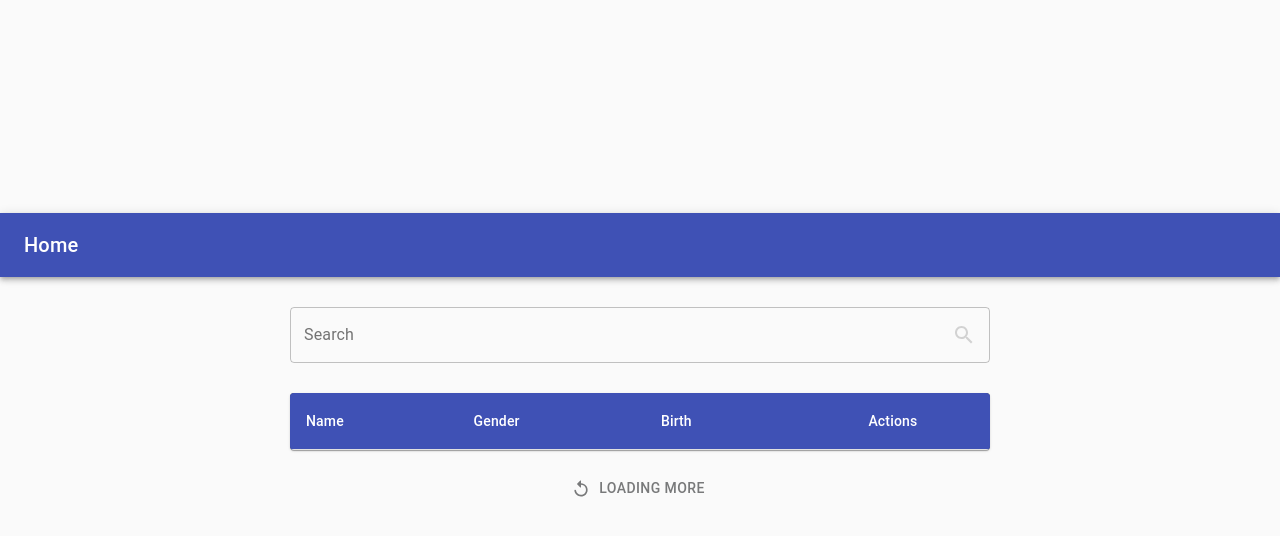
Repository: GabrielBrandaoProjetos/patient-manager
Page: /
An editor plug-in stored every save of this project. The page is shown before and after the next save, followed by the edit.
The browser window is 1280 px wide. The pictures show the whole page.
The page's requests for data from a server got no answer. The project was rebuilt for these pictures with package versions that can differ from the ones it lists, and the page was loaded fresh each time. No one was signed in, and anything a server would have sent is missing.

Above is the page before, as saved 2021-09-14 18:42:33.

After the next save:
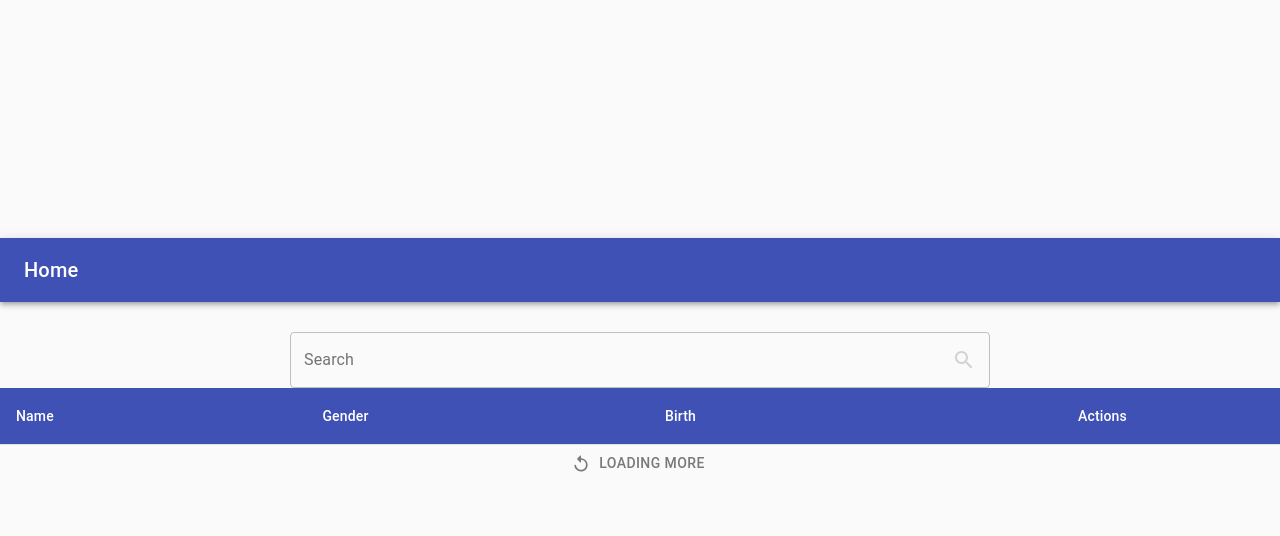
Saved 21 s later.
--- a/src/pages/Home/Home.tsx
+++ b/src/pages/Home/Home.tsx
@@ -93,7 +93,7 @@
         />
       </FormControl>
 
-      <TableContainer component={Paper} className={classes.tableContainer}>
+      {/* <TableContainer component={Paper} className={classes.tableContainer}> */}
         <Table aria-label="simple table">
           <TableHead>
             <TableRow className={classes.row}>
@@ -117,7 +117,7 @@
 
           </TableBody>
         </Table>
-      </TableContainer>
+      {/* </TableContainer> */}
 
       <Button
         className={classes.buttonLoading}

After the save that followed:
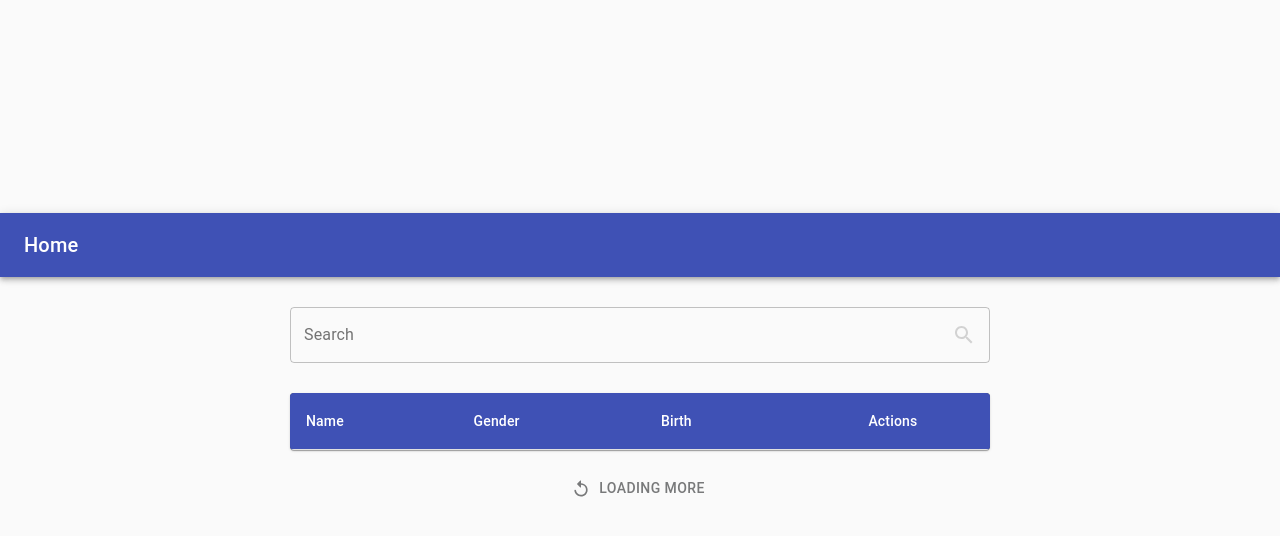
Saved 32 s later.
--- a/src/pages/Home/Home.tsx
+++ b/src/pages/Home/Home.tsx
@@ -93,7 +93,7 @@
         />
       </FormControl>
 
-      {/* <TableContainer component={Paper} className={classes.tableContainer}> */}
+      <TableContainer component={Paper} className={classes.tableContainer}>
         <Table aria-label="simple table">
           <TableHead>
             <TableRow className={classes.row}>
@@ -117,7 +117,7 @@
 
           </TableBody>
         </Table>
-      {/* </TableContainer> */}
+      </TableContainer>
 
       <Button
         className={classes.buttonLoading}
